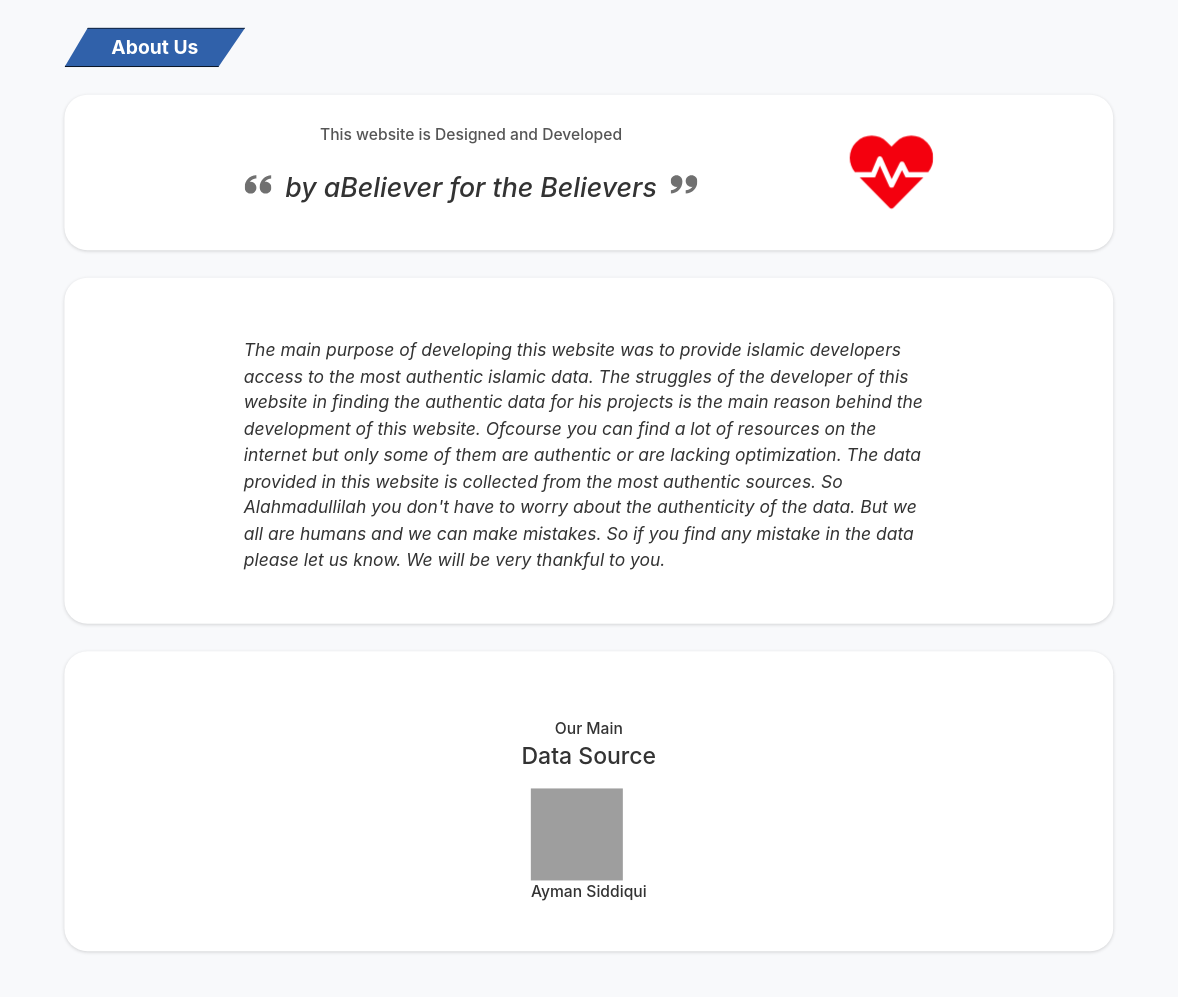
Repository: SpicierEwe/islamic-dev-repo
Page: /legal/about_us
The author's editor kept a copy of each file at every save. The page is drawn from the files as they stood at one save, then again after the next save.
The browser window is 1280 px wide. The pictures show the whole page, at 92% of full size.
Pictures or frames that could not be fetched are drawn as grey boxes. The project was rebuilt for these pictures with package versions that can differ from the ones it lists, and the page was loaded fresh each time. The framework's server and built-in components were replaced by stand-ins that run in the browser. Also part of the build but not shown: next.config.js.

Above is the page before, as saved 2022-09-16 18:22:10.

### pages/_app.js
import "../styles/globals.css";
import { DataContextProvider } from "../store/data_context";

function MyApp({ Component, pageProps }) {
  return (
    <DataContextProvider>
      <Component {...pageProps} />
    </DataContextProvider>
  );
}

export default MyApp;

### pages/legal/about_us.js
import AboutUs from "../../components/legal/about_us/about_us";

export default function Legal() {
  return (
    <div>
      <AboutUs></AboutUs>
    </div>
  );
}

### styles/globals.css
html,
body,
div,
span,
applet,
object,
iframe,
h1,
h2,
h3,
h4,
h5,
h6,
p,
blockquote,
pre,
a,
abbr,
acronym,
address,
big,
cite,
code,
del,
dfn,
em,
img,
ins,
kbd,
q,
s,
samp,
small,
strike,
strong,
sub,
sup,
tt,
var,
b,
u,
i,
center,
dl,
dt,
dd,
ol,
ul,
li,
fieldset,
form,
label,
legend,
table,
caption,
tbody,
tfoot,
thead,
tr,
th,
td,
article,
aside,
canvas,
details,
embed,
figure,
figcaption,
footer,
header,
hgroup,
menu,
nav,
output,
ruby,
section,
summary,
time,
mark,
audio,
video {
  margin: 0;
  padding: 0;
  border: 0;
  vertical-align: baseline;
}
/* HTML5 display-role reset for older browsers */
article,
aside,
details,
figcaption,
figure,
footer,
header,
hgroup,
menu,
nav,
section {
  display: block;
}
body {
  line-height: 1;
}
ol,
ul {
  list-style: none;
}
blockquote,
q {
  quotes: none;
}
blockquote:before,
blockquote:after,
q:before,
q:after {
  content: "";
  content: none;
}
table {
  border-collapse: collapse;
  border-spacing: 0;
}

/*

 ////////////////////////////////////////////////////////////////////////////from here are the styles
 //////////////////////////////////////////////////////////////////////////

*/

:root {
  --complementary-blue: #0077b6;
  --heading_black: #080808;
}

html {
  font-size: 62.5%;
}

html,
body {
  padding: 0;
  margin: 0;
  /* font-family: "Roboto", "Open Sans", sans-serif, -apple-system,
    BlinkMacSystemFont, Segoe UI, Roboto, Oxygen, Ubuntu, Cantarell, Fira Sans,
    Droid Sans, Helvetica Neue, sans-serif; */

  font-family: -apple-system, BlinkMacSystemFont, Segoe UI, Roboto, Oxygen,
    Ubuntu, Cantarell, Fira Sans, Droid Sans, Helvetica Neue, sans-serif;
  font-weight: 400;
  line-height: 1;
  color: #555;
  box-sizing: border-box;

  background-color: #f8f9fb;

  /* will make the website unselectable/copyable */
  /* -webkit-touch-callout: none;
  -webkit-user-select: none;
  -khtml-user-select: none;
  -moz-user-select: none;
  -ms-user-select: none;
  user-select: none; */
}

a {
  color: inherit;
  text-decoration: none;
}

* {
  box-sizing: border-box;
}

### store/data_context.js
import { createContext, useState } from "react";

const DataContext = createContext({
  db: [],
  downlodable_data: [],
  globaliseDataFunction: (data) => {},
  globaliseDownloadableData: (data) => {},
});

export function DataContextProvider(props) {
  const [db, setDb] = useState([]);
  const [downlodableData, setdownlodableData] = useState([]);

  // globalize db
  function globaliseData(data) {
    /// will update the data
    setDb(data);
  }

  // globalize db
  function globaliseDownloadableData(data) {
    /// will update the data
    setdownlodableData(data);
  }

  const context = {
    db: db,
    downlodable_data: downlodableData,
    globaliseDataFunction: globaliseData,
    globaliseDownloadableData: globaliseDownloadableData,
  };

  return (
    <DataContext.Provider value={context}>
      {props.children}
    </DataContext.Provider>
  );
}

export default DataContext;

### components/legal/about_us/about_us.js
import styles from "./about_us.module.css";
import Image from "next/image";
import { ImQuotesLeft, ImQuotesRight } from "react-icons/im";
import { FaHeartbeat } from "react-icons/fa";

export default function AboutUs(props) {
  return (
    <div className={styles.bg}>
      <h1 className={styles.page_title}>About Us</h1>
      <div className={styles.container_development}>
        <div>
          <p className={styles.intro}>This website is Designed and Developed</p>
          <blockquote>
            <h3 className={styles.quote}>
              <ImQuotesLeft color="#707070" style={{ marginRight: "1.5rem" }} />
              by aBeliever for the Believers
              <ImQuotesRight color="#707070" style={{ marginLeft: "1.5rem" }} />
            </h3>
          </blockquote>
        </div>
        <div className={styles.heart_icon}>
          <FaHeartbeat size="9rem" color="f4000e" />
        </div>
      </div>
      <div className={styles.container_development}>
        <p className={styles.summary}>
          The main purpose of developing this website was to provide islamic
          developers access to the most authentic islamic data. The struggles of
          the developer of this website in finding the authentic data for his
          projects is the main reason behind the development of this website.
          Ofcourse you can find a lot of resources on the internet but only some
          of them are authentic or are lacking optimization. The data provided
          in this website is collected from the most authentic sources. So
          Alahmadullilah you don&apos;t have to worry about the authenticity of
          the data. But we all are humans and we can make mistakes. So if you
          find any mistake in the data please let us know. We will be very
          thankful to you.
        </p>
      </div>

      <div
        className={`${styles.container_development} ${styles.container_data_source}`}
      >
        <p className={styles.source_title}>
          <span className={styles.head_half}> Our Main</span>
          <br></br> Data Source
        </p>
        {/* data resource description */}
        <div>
          <div>
            <Image
              src={
                "https://thumbs.dreamstime.com/b/sheikh-icon-flat-style-isolated-white-background-arab-emirates-symbol-stock-vector-illustration-91220453.jpg"
              }
              height="100%"
              width="100%"
              alt="Sheikh"
            ></Image>
          </div>
          <div>
            <p className={styles.name}>Ayman Siddiqui</p>
          </div>
        </div>
      </div>
    </div>
  );
}

### components/legal/about_us/about_us.module.css
.bg {
  /* background-color: red; */
  max-width: 120rem;
  padding: 0 3rem;
  margin: 0 auto;
  padding-bottom: 5rem;
}

.page_title {
  margin-top: 3rem;
  display: inline-block;
  clip-path: polygon(13% 0, 100% 0%, 85% 100%, 0% 100%);
  background-color: #3061aa;
  color: white;
  border: 1px solid black;
  padding: 1rem 5rem;
  font-size: 2.1rem;
}

.container_development {
  justify-content: center;
  align-items: center;
  display: flex;
  border-radius: 2.5rem;
  margin-top: 3rem;
  background-color: white;
  padding: 3.5rem 3rem;
  box-shadow: rgba(0, 0, 0, 0.16) 0px 1px 4px;
  justify-content: space-evenly;
}

.intro {
  text-align: center;
  font-weight: 500;
  color: #555;
  font-size: 1.7rem;
}

.quote {
  margin-top: 3rem;
  color: #333;
  font-weight: 500;
  font-size: 2.9rem;
  font-style: italic;
  padding-bottom: 1.9rem;
  text-align: center;
}

/* heart icon */
.heart_icon {
  animation: heartBeat 1.5s infinite;
}

/* heart icon animation */
@keyframes heartBeat {
  0% {
    transform: scale(1);
  }
  20% {
    transform: scale(1.1);
  }
  40% {
    transform: scale(1);
  }
  60% {
    transform: scale(1.1);
  }
  80% {
    transform: scale(1);
  }
  100% {
    transform: scale(1);
  }
}

.summary {
  margin-top: 3rem;
  max-width: 75rem;

  line-height: 1.5;
  color: #333;
  font-size: 1.9rem;
  font-style: italic;
  padding-bottom: 1.9rem;
}

.source_title {
  margin-top: 3rem;
  color: #333;
  font-weight: 500;
  font-size: 2.5rem;
  line-height: 1.3;
  /* font-style: italic; */
  padding-bottom: 1.9rem;
  text-align: center;
}

.head_half {
  font-size: 1.7rem;
}

.container_data_source {
  flex-direction: column;
}

.name {
  font-weight: 500;
  font-size: 1.7rem;
  line-height: 1.3;
  color: #333;
  padding-bottom: 1.9rem;
  text-align: center;
}

/* media query */
@media (max-width: 768px) {
  .container_development {
    flex-direction: column;
    row-gap: 1.5rem;
  }
}

After the next save:
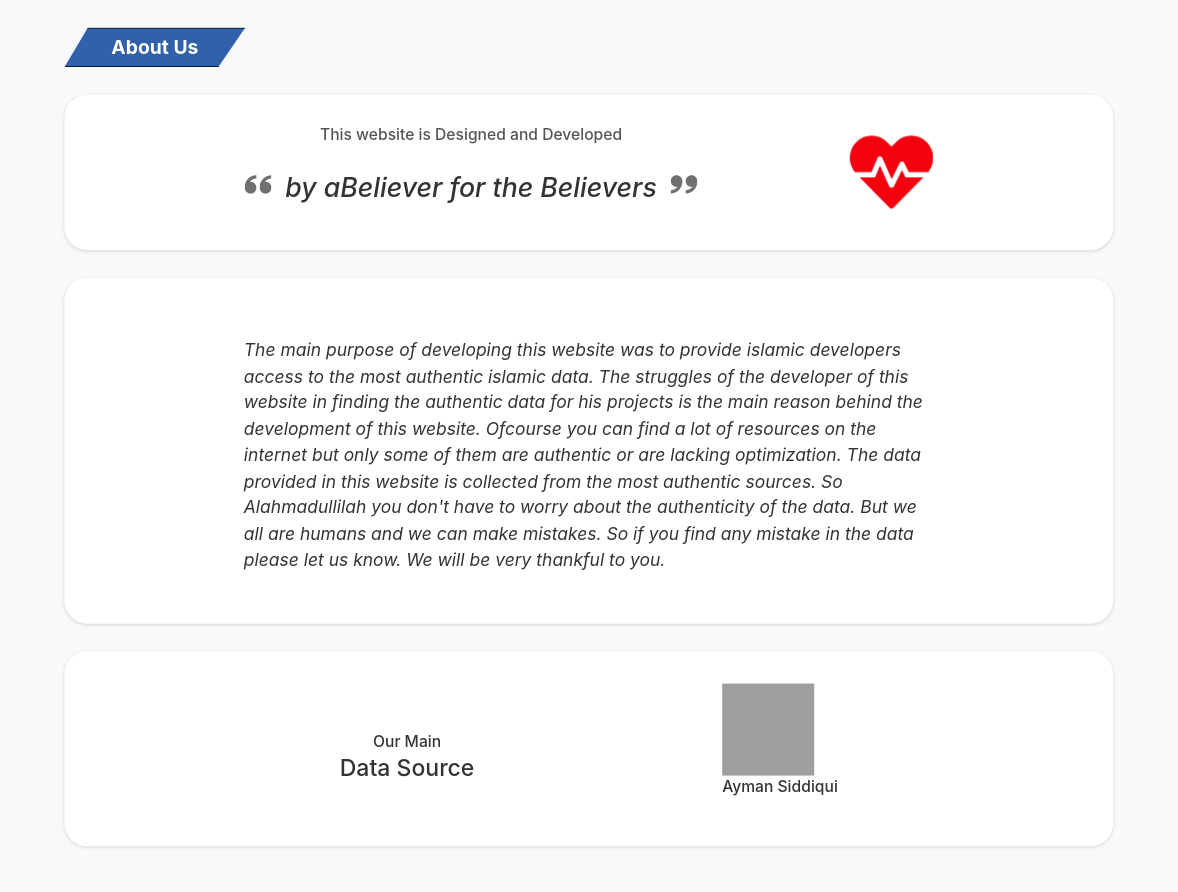
Saved 30 s later.
--- a/components/legal/about_us/about_us.module.css
+++ b/components/legal/about_us/about_us.module.css
@@ -100,7 +100,7 @@
 }
 
 .container_data_source {
-  flex-direction: column;
+  /* flex-direction: column; */
 }
 
 .name {

After the save that followed:
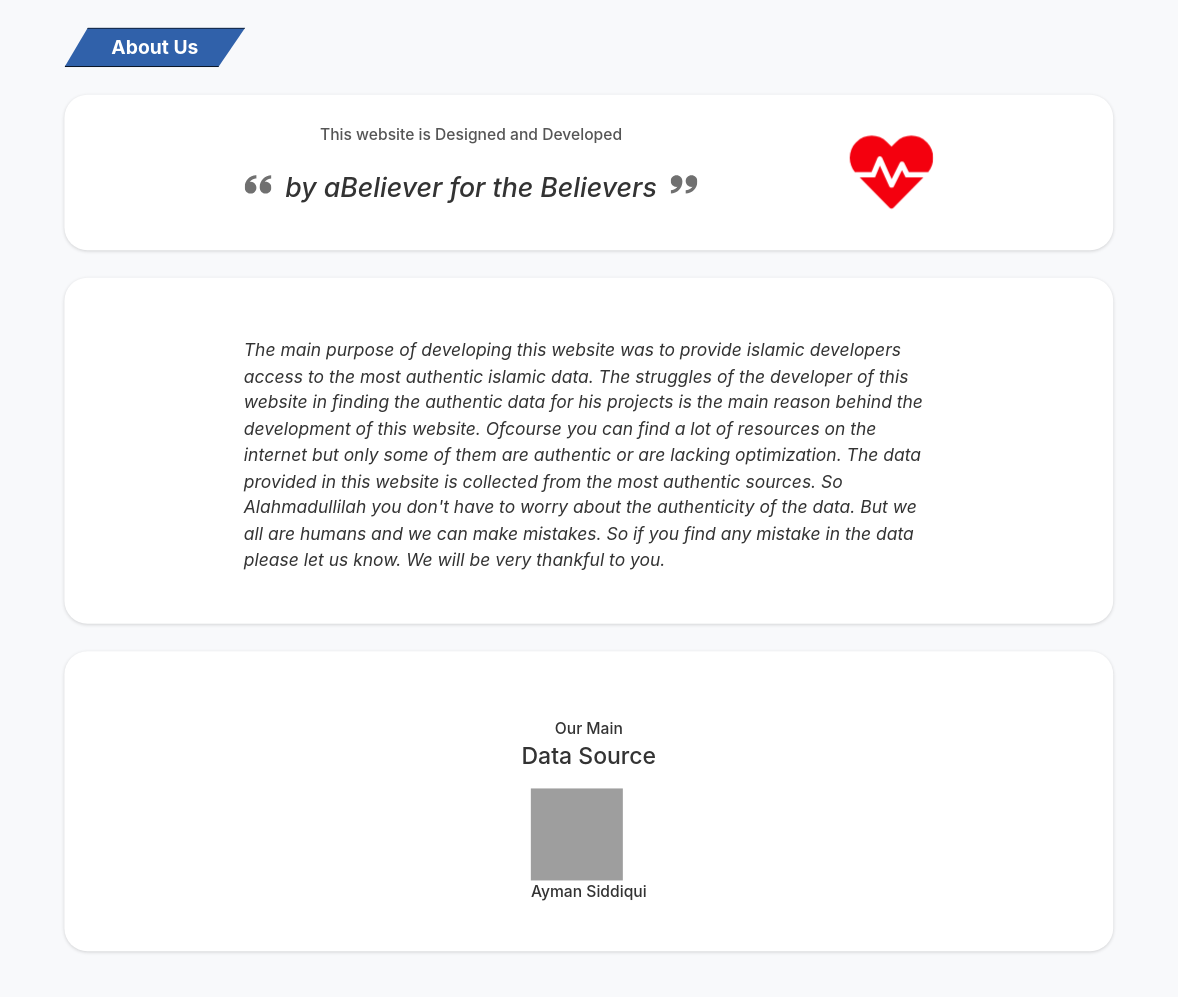
Saved 6 s later.
--- a/components/legal/about_us/about_us.module.css
+++ b/components/legal/about_us/about_us.module.css
@@ -100,7 +100,7 @@
 }
 
 .container_data_source {
-  /* flex-direction: column; */
+  flex-direction: column;
 }
 
 .name {
